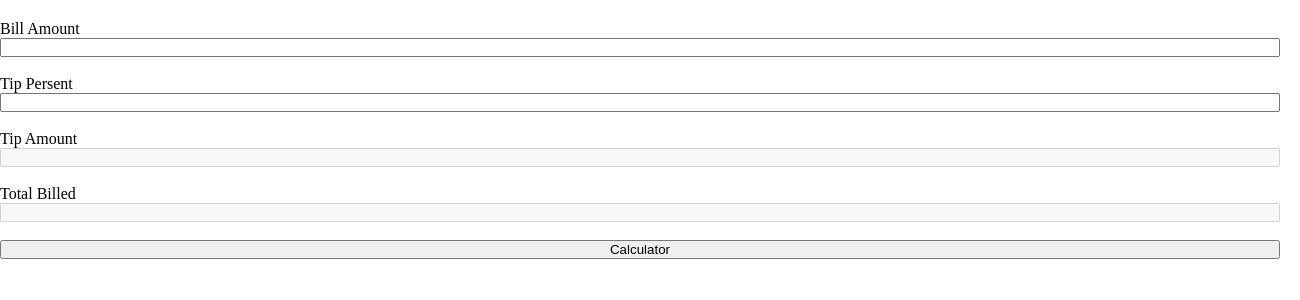
Repository: ZainAkbar51214/Tip-Calculator
Page: index.html
The author's editor kept a copy of each file at every save. The page is drawn from the files as they stood at one save, then again after the next save.
The browser window is 1280 px wide. The page is 1300 px wide, so the pictures cover 1300 px, including what lies to the right of the window. The pictures show the whole page.
The style sheet was rebuilt from its Sass, Less or Tailwind sources for each picture, by a compiler version that may differ from the author's.

Above is the page before, as saved 2024-03-25 10:01:50.

### index.html
<!DOCTYPE html>
<html lang="en">

<head>
    <meta charset="UTF-8">
    <meta name="viewport" content="width=device-width, initial-scale=1.0">
    <title>Tip Calculator</title>
    <!-- css custom link -->
    <link rel="stylesheet" href="css/style.css">
</head>

<body>
    <div class="container">
        <div class="row">
            <div class="col">
                <div class="calculator">
                    <label>Bill Amount</label>
                    <input type="text" name="" id="tip_amount">
                    <br>
                    <label>Tip Persent</label>
                    <input type="text" name="" id="tip_persent">
                    <br>
                    <label>Tip Amount</label>
                    <input type="text" name="" id="tip_total" disabled>
                    <br>
                    <label>Total Billed</label>
                    <input type="text" name="" id="total_billed" disabled>
                    <br>
                    <button class="btn" onclick="tipCalculate()">Calculator</button>
                </div>
            </div>
        </div>
    </div>
</body>

</html>

### css/style.scss
*{
    margin: 0;
    padding: 0;
    box-sizing: border-box;
}

.container{
    width: 100%;
    max-width: 1350px;
    margin: auto;

    .row{
        display: flex;
        flex-wrap: wrap;
        margin-left: -20px;
        margin-right: -20px;

        .col{
            flex: 0 0 100%;
            padding: 20px;

            .calculator{
                display: flex;
                flex-direction: column;
            }
        }
    }
}

After the next save:
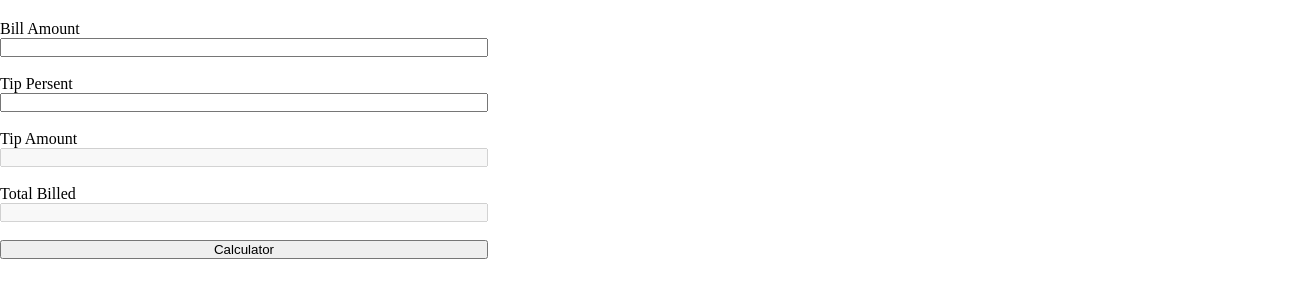
Saved 13 s later.
--- a/css/style.scss
+++ b/css/style.scss
@@ -16,7 +16,7 @@
         margin-right: -20px;
 
         .col{
-            flex: 0 0 100%;
+            flex: 0 0 40%;
             padding: 20px;
 
             .calculator{
